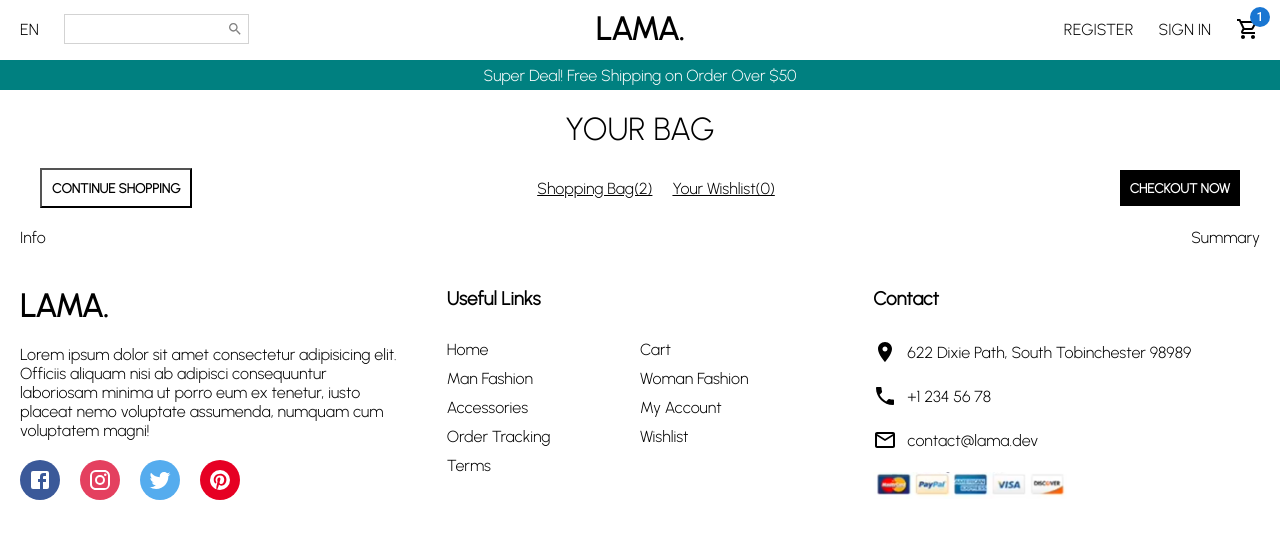
Repository: kmvaghela/ECOMMERCE
Page: /
The author's editor kept a copy of each file at every save. The page is drawn from the files as they stood at one save, then again after the next save.
The browser window is 1280 px wide. The pictures show the whole page.
The project was rebuilt for these pictures with package versions that can differ from the ones it lists, and the page was loaded fresh each time. Also part of the build but not shown: src/data.js, src/components/CategoryItem.jsx, src/components/Categories.jsx, src/components/Product.jsx, src/components/Products.jsx, src/components/Slider.jsx, src/components/Newsletter.jsx, src/pages/Home.jsx and 4 more.

Above is the page before, as saved 2022-02-24 19:51:22.

### public/index.html
<!DOCTYPE html>
<html lang="en">

<head>
  <meta charset="utf-8" />
  <meta name="viewport" content="width=device-width, initial-scale=1" />
  <meta name="description" content="Web site created using create-react-app" />
  <link href="https://fonts.googleapis.com/css2?family=Urbanist:wght@100;200;300&display=swap" rel="stylesheet">
  <style>
    * {
      margin: 0;
      font-family: 'Urbanist', sans-serif;
    }
  </style>
  <title>React App</title>
</head>

<body>
  <noscript>You need to enable JavaScript to run this app.</noscript>
  <div id="root"></div>
</body>

</html>

### src/App.jsx
import Home from "./pages/Home";
import Product from "./pages/Product";
import ProductList from "./pages/ProductList";
import Register from "./pages/Register";
import Login from "./pages/Login";
import Cart from "./pages/Cart";

const App = () => {
  return (
    // <Home />
    // <ProductList />
    // <Product />
    // <Register />
    // <Login />
    <Cart />
  );
};

export default App;

### src/pages/Cart.jsx
import React from "react";
import styled from "styled-components";
import Navbar from "../components/Navbar";
import Announcement from "../components/Announcement";
import Footer from "../components/Footer";

const Container = styled.div``;

const Wrapper = styled.div`
  padding: 20px;
`;

const Title = styled.h1`
  font-weight: 300;
  text-align: center;
`;

const Top = styled.div`
  display: flex;
  align-items: center;
  justify-content: space-between;
  padding: 20px;
`;

const TopButton = styled.button`
  padding: 10px;
  font-weight: 600;
  cursor: pointer;
  border: ${(props) => props.type === "filled" && "none"};
  background-color: ${(props) =>
    props.type === "filled" ? "black" : "transparent"};
  color: ${(props) => props.type === "filled" && "white"};
`;
const TopTexts = styled.div``;

const TopText = styled.span`
  text-decoration: underline;
  cursor: pointer;
  margin: 0px 10px;
`;

const Bottom = styled.div`
  display: flex;
  justify-content: space-between;
`;

const Info = styled.div``;

const Summary = styled.div``;

const Cart = () => {
  return (
    <Container>
      <Navbar />
      <Announcement />
      <Wrapper>
        <Title>YOUR BAG</Title>
        <Top>
          <TopButton>CONTINUE SHOPPING</TopButton>
          <TopTexts>
            <TopText>Shopping Bag(2)</TopText>
            <TopText>Your Wishlist(0)</TopText>
          </TopTexts>
          <TopButton type="filled">CHECKOUT NOW</TopButton>
        </Top>
        <Bottom>
          <Info>Info</Info>
          <Summary>Summary</Summary>
        </Bottom>
      </Wrapper>
      <Footer />
    </Container>
  );
};

export default Cart;

### src/components/Announcement.jsx
import styled from "styled-components";

const Container = styled.div`
  height: 30px;
  background-color: teal;
  color: white;
  display: flex;
  align-items: center;
  justify-content: center;
  font-size: 14;
  font-weight: 500;
`;

const Announcement = () => {
  return (
    <Container>
      Super Deal! Free Shipping on Order Over $50
    </Container>
  );
};

export default Announcement;

### src/components/Navbar.jsx
import React from "react";
import styled from "styled-components";
import SearchOutlinedIcon from "@mui/icons-material/SearchOutlined";
import ShoppingCartOutlinedIcon from "@mui/icons-material/ShoppingCartOutlined";
import Badge from "@mui/material/Badge";

const Container = styled.div`
  height: 60px;
`;
const Wrapper = styled.div`
  padding: 10px 20px;
  display: flex;
  align-items: center;
  justify-content: space-between;
`;
const Left = styled.div`
  flex: 1;
  display: flex;
  align-items: center;
`;
const Language = styled.span`
  font-size: 14;
  cursor: pointer;
`;
const SearchContainer = styled.div`
  border: 0.5px solid lightgray;
  display: flex;
  align-items: center;
  margin-left: 25px;
  padding: 5px;
`;
const Input = styled.input`
  border: none;
`;

const Center = styled.div`
  flex: 2;
`;
const Logo = styled.h1`
  font-weight: bold;
  text-align: center;
`;

const Right = styled.div`
  flex: 1;
  display: flex;
  align-items: center;
  justify-content: flex-end;
`;
const MenuItem = styled.div`
  font-size: 14;
  cursor: pointer;
  margin-left: 25px;
`;

const Navbar = () => {
  return (
    <Container>
      <Wrapper>
        <Left>
          <Language>EN</Language>
          <SearchContainer>
            <Input />
            <SearchOutlinedIcon style={{color:"gray",fontSize:16}}/>
          </SearchContainer>
        </Left>
        <Center>
          <Logo>LAMA.</Logo>
        </Center>
        <Right>
          <MenuItem>REGISTER</MenuItem>
          <MenuItem>SIGN IN</MenuItem>
          <MenuItem>
            <Badge badgeContent={1} color="primary">
              <ShoppingCartOutlinedIcon />
            </Badge>
          </MenuItem>
        </Right>
      </Wrapper>
    </Container>
  );
};
export default Navbar;

### src/components/Footer.jsx
import React from "react";
import styled from "styled-components";
import FacebookIcon from "@mui/icons-material/Facebook";
import InstagramIcon from "@mui/icons-material/Instagram";
import TwitterIcon from "@mui/icons-material/Twitter";
import PinterestIcon from "@mui/icons-material/Pinterest";
import RoomIcon from "@mui/icons-material/Room";
import PhoneIcon from "@mui/icons-material/Phone";
import MailOutlineIcon from "@mui/icons-material/MailOutline";
import PaymentImage from "../assets/payment.PNG";
const Container = styled.div`
  display: flex;
`;

const Left = styled.div`
  flex: 1;
  display: flex;
  flex-direction: column;
  padding: 20px;
`;
const Center = styled.div`
  flex: 1;
  padding: 20px;
`;
const Right = styled.div`
  flex: 1;
  padding: 20px;
`;

const Logo = styled.h1``;

const Description = styled.p`
  margin: 20px 0px;
`;

const SocialContainer = styled.div`
  display: flex;
`;

const SocialIcon = styled.div`
  height: 40px;
  width: 40px;
  border-radius: 50%;
  color: white;
  background-color: ${(props) => props.color};
  display: flex;
  align-items: center;
  justify-content: center;
  margin-right: 20px;
`;

const Title = styled.h3`
  margin-bottom: 30px;
`;

const List = styled.ul`
  margin: 0;
  padding: 0;
  list-style: none;
  display: flex;
  flex-wrap: wrap;
`;

const ListItem = styled.li`
  width: 50%;
  margin-bottom: 10px;
`;

const ContactItem = styled.div`
  margin-bottom: 20px;
  display: flex;
  align-items: center;
`;

const Payment = styled.img`
  width: 50%;
`;

const Footer = () => {
  return (
    <Container>
      <Left>
        <Logo>LAMA.</Logo>
        <Description>
          Lorem ipsum dolor sit amet consectetur adipisicing elit. Officiis
          aliquam nisi ab adipisci consequuntur laboriosam minima ut porro eum
          ex tenetur, iusto placeat nemo voluptate assumenda, numquam cum
          voluptatem magni!
        </Description>
        <SocialContainer>
          <SocialIcon color="#3B5999">
            <FacebookIcon />
          </SocialIcon>
          <SocialIcon color="#E4405F">
            <InstagramIcon />
          </SocialIcon>
          <SocialIcon color="#55ACEE">
            <TwitterIcon />
          </SocialIcon>
          <SocialIcon color="#E60023">
            <PinterestIcon />
          </SocialIcon>
        </SocialContainer>
      </Left>

      <Center>
        <Title>Useful Links</Title>
        <List>
          <ListItem>Home</ListItem>
          <ListItem>Cart</ListItem>
          <ListItem>Man Fashion</ListItem>
          <ListItem>Woman Fashion</ListItem>
          <ListItem>Accessories</ListItem>
          <ListItem>My Account</ListItem>
          <ListItem>Order Tracking</ListItem>
          <ListItem>Wishlist</ListItem>
          <ListItem>Terms</ListItem>
        </List>
      </Center>

      <Right>
        <Title>Contact</Title>
        <ContactItem>
          <RoomIcon style={{ marginRight: "10px" }} />
          622 Dixie Path, South Tobinchester 98989
        </ContactItem>
        <ContactItem>
          <PhoneIcon style={{ marginRight: "10px" }} />
          +1 234 56 78
        </ContactItem>
        <ContactItem>
          <MailOutlineIcon style={{ marginRight: "10px" }} />
          contact@lama.dev
        </ContactItem>
        <Payment src={PaymentImage} alt="not found" />
      </Right>
    </Container>
  );
};

export default Footer;

Loaded but not shown: src/index.js (common file)

After the next save:
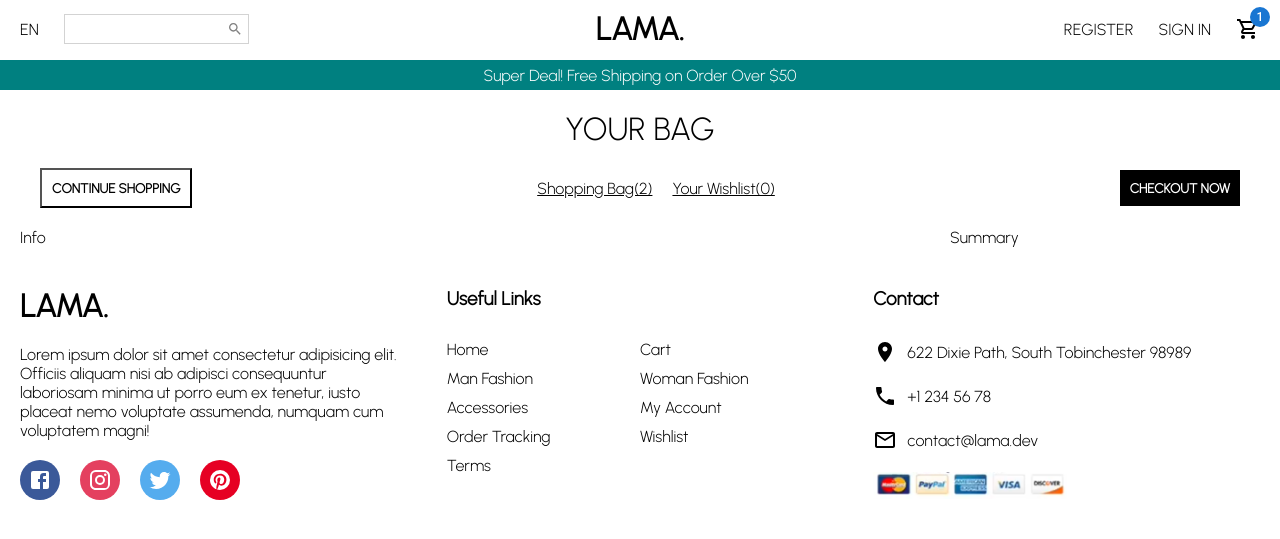
Saved 50 s later.
--- a/src/pages/Cart.jsx
+++ b/src/pages/Cart.jsx
@@ -44,9 +44,13 @@
   justify-content: space-between;
 `;
 
-const Info = styled.div``;
+const Info = styled.div`
+  flex: 3;
+`;
 
-const Summary = styled.div``;
+const Summary = styled.div`
+  flex: 1;
+`;
 
 const Cart = () => {
   return (
